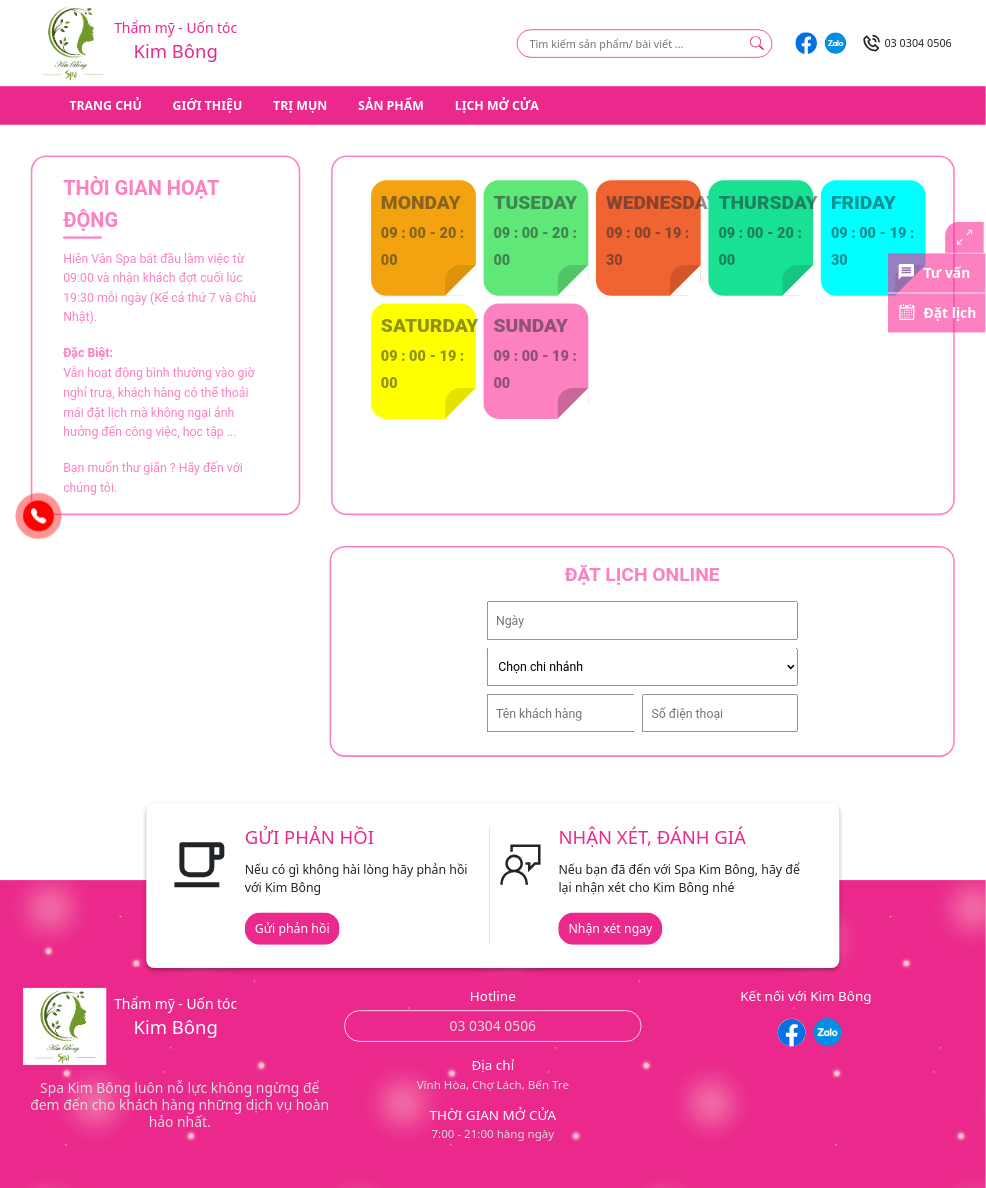
Repository: tranduykhuong/SpaKimBong
Page: /calendar
The author's editor kept a copy of each file at every save. The page is drawn from the files as they stood at one save, then again after the next save.
The browser window is 1280 px wide. The pictures show the whole page, at 77% of full size.
The project was rebuilt for these pictures with package versions that can differ from the ones it lists, and the page was loaded fresh each time. Also part of the build but not shown: src/components/Banner/banner.scss, src/components/Banner/Banner.js, src/pages/Home/home.scss, src/pages/Home/ListImage/listImage.scss, src/pages/Home/ListImage/ListImage.js, src/pages/Home/BookOnline/bookOnl.scss, src/pages/Home/BookOnline/Modal/ModalBook/modalbook.scss, src/pages/Home/BookOnline/Modal/ModalBook/modalbook.js and 24 more.

Above is the page before, as saved 2022-06-07 23:09:45.

### src/pages/Calendar/Calendar.js
import React from "react";
import "./calendar.scss";
import Footer from "./../../components/Footer/Footer";

const Calendar = () => {
  return (
    <div>
      <div className="container-calendar">
        <div className="container-bg-calendar">
          <div className="calendar">
            <div className="calendar-content">
              <h3>THỜI GIAN HOẠT ĐỘNG</h3>
              <p>
                Hiên Vân Spa bắt đầu làm việc từ 09:00 và nhận khách đợt cuối
                lúc 19:30 mỗi ngày (Kể cả thứ 7 và Chủ Nhật).
              </p>
              <strong id="special">Đặc Biệt:</strong>
              <p>
                Vẫn hoạt động bình thường vào giờ nghỉ trưa, khách hàng có thể
                thoải mái đặt lịch mà không ngại ảnh hưởng đến công việc, học
                tập ...
              </p>
              <p>Bạn muốn thư giãn ? Hãy đến với chúng tôi.</p>
            </div>

            <div className="calendar-boxs-day">
              <div className="calendar-boxs">
                <div className="calendar-box box1">
                  <p>
                    <strong>MONDAY</strong>
                  </p>
                  <p className="times">
                    <strong>09 : 00 - 20 : 00</strong>
                  </p>
                </div>
                <div className="calendar-box box2">
                  <p>
                    <strong>TUSEDAY</strong>
                  </p>
                  <p className="times">
                    <strong>09 : 00 - 20 : 00</strong>
                  </p>
                </div>
                <div className="calendar-box box3">
                  <p>
                    <strong>WEDNESDAY</strong>
                  </p>
                  <p className="times">
                    <strong>09 : 00 - 19 : 30</strong>
                  </p>
                </div>
                <div className="calendar-box box4">
                  <p>
                    <strong>THURSDAY</strong>
                  </p>
                  <p className="times">
                    <strong>09 : 00 - 20 : 00</strong>
                  </p>
                </div>
                <div className="calendar-box box5">
                  <p>
                    <strong>FRIDAY</strong>
                  </p>
                  <p className="times">
                    <strong>09 : 00 - 19 : 30</strong>
                  </p>
                </div>
                <div className="calendar-box box6">
                  <p>
                    <strong>SATURDAY</strong>
                  </p>
                  <p className="times">
                    <strong>09 : 00 - 19 : 00</strong>
                  </p>
                </div>
                <div className="calendar-box box7">
                  <p>
                    <strong>SUNDAY</strong>
                  </p>
                  <p className="times">
                    <strong>09 : 00 - 19 : 00</strong>
                  </p>
                </div>
              </div>
            </div>
          </div>

          <div className="book-calendar">
            <div className="book-calendar-content">
              <p></p>
            </div>

            <div className="book-calendar-form">
              <div className="book-title">
                <p>
                  <strong>ĐẶT LỊCH ONLINE</strong>
                </p>
              </div>
              <div className="day-book">
                <input type="text" name="ngay" placeholder="Ngày"></input>
              </div>

              <div className="branch">
                <select name="chonchinhanh" aria-invalid="false">
                  <option value="Chọn chi nhánh"> Chọn chi nhánh</option>
                  <option value="Spa Kim Bồng"> Spa Kim Bồng</option>
                </select>
              </div>

              <div className="name-tel">
                <div className="name-cus">
                  <input
                    type="text"
                    name="name-customer"
                    placeholder="Tên khách hàng"
                  ></input>
                </div>
                <div className="tel-cus">
                  <input
                    type="text"
                    name="telephone"
                    placeholder="Số điện thoại"
                  ></input>
                </div>
              </div>
              <div className="send-book"></div>

            </div>
          </div>
        </div>
      </div>

      <Footer />
    </div>
  );
};

export default Calendar;

### src/components/Header/header.scss
@import '../../SCSS/base/variables.scss';
$height-navbar: 5rem;

.header {
    .mg-navbar {
        margin-bottom: $height-navbar;
    }

    .infor {
        max-width: 1200px;
        padding: .6rem 0;
        display: flex;
        justify-content: space-between;
        margin: 0 auto;

        .logo {
            display: flex;
            flex: 1;

            img {
                height: 10rem;
            }

            .nameSpa {
                color: $main-color;
                margin: auto 0;

                h4 {
                    font-size: 1.8rem;
                    font-weight: 500;
                }

                h2 {
                    font-size: 2.4rem;
                }
            }
        }


        .search {
            margin: auto 0;
            border-radius: 50px;
            border: solid .1rem $main-color;
            height: 37px;
            display: flex;

            input {
                font-size: 1.4rem;
                margin: auto 16px;
                min-width: 26rem;
                border: none;
                outline: none;
            }

            .icon {
                margin: auto 10px;
                cursor: pointer;
            }

            .iconSearch {
                width: 1.8rem;
                height: 1.8rem;
                color: $main-color;

                &:hover {
                    color: #f867b2;
                }
            }
        }

        .contact {
            display: flex;
            margin-left: 20px;

            .icon {
                margin: auto 0;
                margin-left: 10px;

            }

            .iconFacebook {
                width: 2.8rem;
                height: 2.8rem;
                color: rgba($color: #0570e6, $alpha: 1.0);
            }

            .iconZalo {
                width: 2.8rem;
                height: 2.8rem;
                border-radius: 50%;
            }

            .phone {
                margin: auto 0;
                margin-left: 20px;
                display: flex;

                .iconPhone {
                    width: 2.6rem;
                    height: 2.6rem;
                }

                h3 {
                    font-size: 1.4rem;
                    font-weight: 500;
                    margin: auto 4px;
                }
            }

        }
    }

    .fixedNavbar {
        position: fixed;
        top: 0;
        left: 0;
        z-index: 50;
        width: 100%;
        animation: fixedNavbar 1s forwards;
    }

    @keyframes fixedNavbar {
        from {
            top: -5rem;
            opacity: 0;
        }

        to {
            top: 0;
            opacity: 1;
        }
    }

    .myNavbar {
        height: $height-navbar;
        background-color: $main-color;

        .navbarContent {
            max-width: 1200px;
            margin: 0 auto;

            .navbarList {
                display: flex;
                margin: 0 1rem;
                // justify-content: space-evenly;

                li {
                    list-style: none;

                    a {
                        line-height: $height-navbar;
                        height: $height-navbar;
                        display: block;
                        color: #fff;
                        font-size: 1.6rem;
                        font-weight: 600;
                        text-decoration: none;
                        padding: 0 2rem;
                    }

                    &:hover {
                        background-color: #f844a1;
                        cursor: pointer;
                    }
                }

                .active {
                    background-color: #dd0876;
                }
            }
        }
    }
}

### src/components/ContactToolbox/contactToolbox.scss
.contactFixed {
    position: fixed;
    top: 50%;
    transform: translateY(-50%);
    right: 0;
    z-index: 100;
    cursor: pointer;

    .toolboxScroll {
        border-top-left-radius: 1.8rem;
        background-color: rgba($color: #fc2c97, $alpha: 0.6);
        width: 5rem;
        padding: 1rem;
        color: #fff;
        transform: translateX(149%);
        border-bottom: 1px solid #fff;

        .iconArrow {
            width: 2rem;
            height: 2rem;
        }
    }

    .toolboxList {
        background-color: rgba($color: #fc2c97, $alpha: 0.6);


        .toolboxItem {
            display: flex;
            padding: 1.2rem;
            color: #fff;

            p {
                font-size: 1.8rem;
                margin: 0;
                padding-left: 1rem;
                font-weight: 600;
            }
        }

        .advise {
            border-bottom: 1px solid #fff;

            .iconMessage {
                width: 2.4rem;
                height: 2.4rem;
            }
        }

        .book {

            .iconCalendar {
                width: 2.4rem;
                height: 2.4rem;
            }
        }
    }

    .hidden {
        animation: toRight 0.8s linear forwards;
    }

    .open {
        animation: toLeft 0.8s linear backwards;
    }

    @keyframes toRight {
        to {
            transform: translateX(62%);
        }
    }

    @keyframes toLeft {
        from {
            transform: translateX(62%);

        }

        to {
            transform: translateX(0);
        }
    }
}

### src/components/BackToTop/backToTop.scss
.backToTop {
    position: fixed;
    bottom: 2rem;
    right: 2rem;
    z-index: 100;
    display: none;

    .icon {
        width: 4rem;
        height: 4rem;
        color: #fa72b8;
        cursor: pointer;
    }
}

.show {
    animation: FadeIn 0.8s forwards;
    display: block;

    @keyframes FadeIn {
        from {
            bottom: 0;
        }

        to {
            bottom: 2rem;
        }
    }
}

### src/components/PhoneTool/phoneTool.scss
.phoneTool {
    position: fixed;
    width: 6rem;
    height: 6rem;
    left: 1rem;
    border-radius: 50%;
    bottom: 3rem;
    z-index: 100;
    cursor: pointer;

    .phone {
        position: absolute;
        z-index: 5;
        top: 34%;
        left: 34%;
        background-color: red;
        padding: 1rem;
        border-radius: 50%;
        animation: phoneSkin 1s infinite ease-in-out;

        .iconPhone {
            height: 2rem;
            width: 2rem;
            color: #fff;

        }

        @keyframes phoneSkin {
            0% {
                transform: rotate(0) scale(1) skew(1deg);
            }

            10% {
                transform: rotate(-25deg) scale(1) skew(1deg);
            }

            20% {
                transform: rotate(25deg) scale(1) skew(1deg);
            }

            30% {
                transform: rotate(-25deg) scale(1) skew(1deg);
            }

            40% {
                transform: rotate(25deg) scale(1) skew(1deg);
            }

            50% {
                transform: rotate(0) scale(1) skew(1deg);
            }

            100% {
                transform: rotate(0) scale(1) skew(1deg);
            }
        }
    }

    .circle {
        position: absolute;
        width: 6rem;
        height: 6rem;
        border-radius: 50%;
        top: 16%;
        left: 16%;
        background-color: rgba($color: rgb(255, 42, 42), $alpha: 0.5);
        animation: zoom 1s infinite;

        @keyframes zoom {
            0% {
                transform: scale(0.9);
            }

            70% {
                transform: scale(1);
                box-shadow: 0 0 0 15px transparent;
            }

            100% {
                transform: scale(0.9);
                box-shadow: 0 0 0 0 transparent;
            }
        }
    }
}

### src/SCSS/base/variables.scss
$main-color: #eb288c;
$text-color: #444;
$title-color: #fff;

### src/components/Footer/footer.scss
@import '../../SCSS/base/variables.scss';

.footer {
    background-image: url(../../../public/img/sparkle1.png), url(../../../public/img/sparkle2.png);
    width: 100%;
    height: 400px;
    background-color: $main-color;
    animation: sparkle 60s linear infinite;
    padding: 14rem 3rem 0;
    display: flex;
    justify-content: space-around;
    position: relative;
    margin-top: 16rem;

    .logo {
        flex: 1;

        .info {
            display: flex;

            img {
                height: 10rem;
            }

            .nameSpa {
                color: $title-color;
                margin: 1rem;

                h4 {
                    font-size: 1.8rem;
                    font-weight: 500;
                }

                h2 {
                    font-size: 2.4rem;
                }
            }
        }

        h5 {
            margin: 2rem .6rem;
            font-size: 1.8rem;
            font-weight: 400;
            color: #ddd;
        }
    }

    .contact {
        flex: 1;
        text-align: center;

        h3 {
            margin-bottom: 1.8rem;
            color: $title-color;
        }

        .icon {
            margin: auto 0;
            margin-left: 10px;

        }

        .iconFacebook {
            width: 3.6rem;
            height: 3.6rem;
            color: rgba($color: #0570e6, $alpha: 1.0);
            background-color: $title-color;
            border-radius: 50%;
        }

        .iconZalo {
            width: 3.7rem;
            height: 3.7rem;
            border-radius: 50%;
        }
    }

    .address {
        color: #ddd;
        flex: 1;
        text-align: center;

        h3 {
            // margin-bottom: 2rem;
            color: $title-color;
        }

        h4 {
            margin-bottom: 2rem;
        }

        .hotline {
            padding: .6rem;
            font-size: 1.8rem;
            margin: .8rem 1rem 2rem;
            border: 1px solid $title-color;
            border-radius: 2rem;

            &:hover {
                color: $title-color;
                cursor: pointer;
            }
        }
    }

    @keyframes sparkle {
        0% {
            background-position: 0px 0px, 0px 0px, 0px 0px;
        }

        100% {
            background-position: -500px -1000px, -400px -400px, 300px 300px;
        }
    }

    .subFooter {
        width: 100%;
        max-width: 90rem;
        min-height: 20rem;
        box-shadow: 0 3px 6px -4px rgba(0, 0, 0, 0.2), 0 3px 6px rgba(0, 0, 0, 0.3);

        background-color: #fff;
        border-radius: 1rem;
        z-index: 50;
        top: -10rem;
        left: 50%;
        transform: translateX(-50%);
        position: absolute;
        display: flex;
        padding: 3rem;
        justify-content: space-around;

        .report,
        .feedback {
            display: flex;
            flex: 1;
            justify-content: center;
            text-align: left;

            h3 {
                text-transform: uppercase;
                font-size: 2.4rem;
                color: $main-color;
            }

            p {
                font-size: 1.6rem;
                padding: 1rem 1.4rem 1rem 0;
            }

            .icon {
                height: 10rem;
                width: 10rem;
                margin-right: 2rem;
            }

            .btn {
                padding: 0.8rem 1.2rem;
                background-color: $main-color;
                border-radius: 2rem;
                font-size: 1.6rem;
                color: #fff;

                &:hover {
                    background-color: #cc1574;
                }
            }
        }

        .report {
            border-right: 1px solid #ddd;
        }

        .feedback {
            margin-left: 1rem;
        }
    }
}

Loaded but not shown: public/index.html (common file); src/index.js (common file); src/index.css (common file); src/reportWebVitals.js (common file); src/App.scss (common file); src/components/Header/Header.js (92 lines, source omitted); src/components/Footer/Footer.js (68 lines, source omitted); src/App.js (35 lines, source omitted); src/components/ContactToolbox/ContactToolbox.js (29 lines, source omitted); src/components/BackToTop/BackToTop.js (34 lines, source omitted); src/components/PhoneTool/PhoneTool.js (16 lines, source omitted); src/pages/Calendar/calendar.scss (376 lines, source omitted)

After the next save:
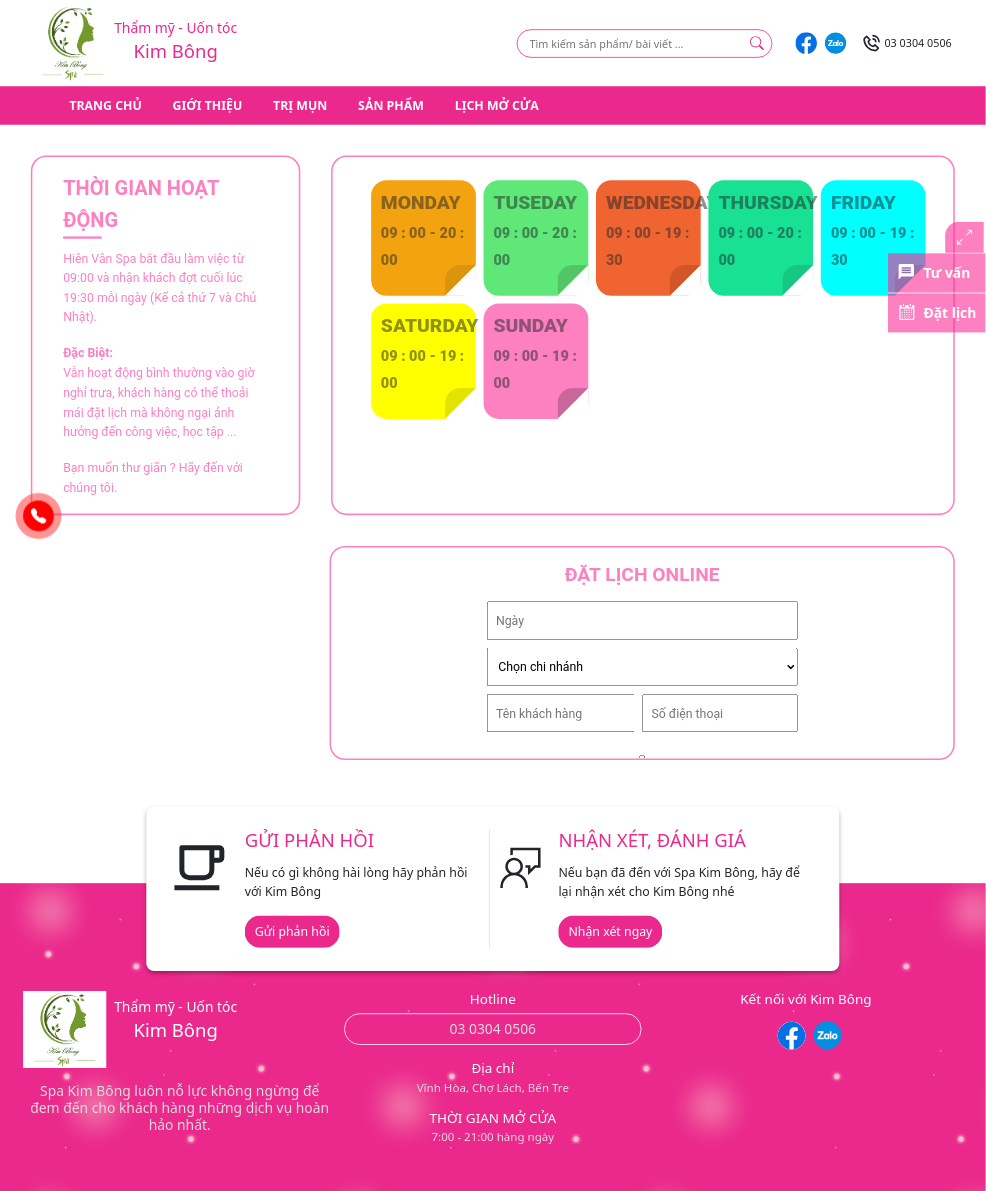
Saved 34 s later.
--- a/src/pages/Calendar/Calendar.js
+++ b/src/pages/Calendar/Calendar.js
@@ -123,7 +123,9 @@
                   ></input>
                 </div>
               </div>
-              <div className="send-book"></div>
+              <div className="send-book">
+                <input type="send" placeholder="ĐẶT"></input>
+              </div>
 
             </div>
           </div>
